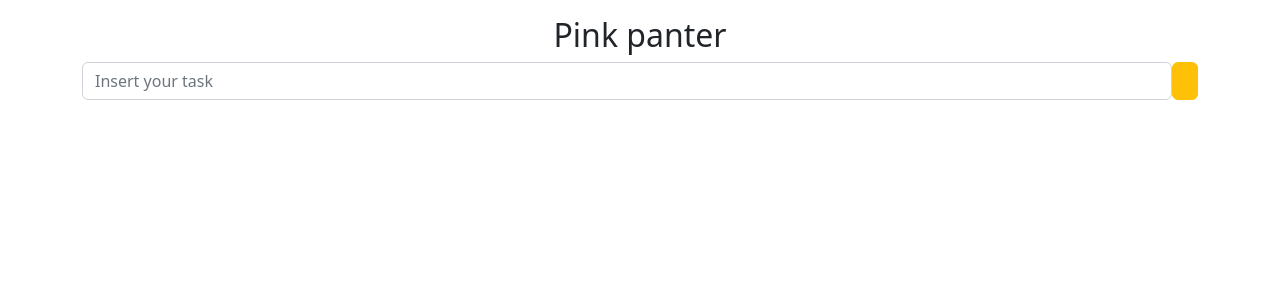
Repository: Wladomax/todo-vue
Page: /
An editor plug-in stored every save of this project. The page is shown before and after the next save, followed by the edit.
The browser window is 1280 px wide. The pictures show the whole page.
The project was rebuilt for these pictures with package versions that can differ from the ones it lists, and the page was loaded fresh each time. Also part of the build but not shown: vue.config.js.

Above is the page before, as saved 2023-01-01 11:34:12.

After the next save:
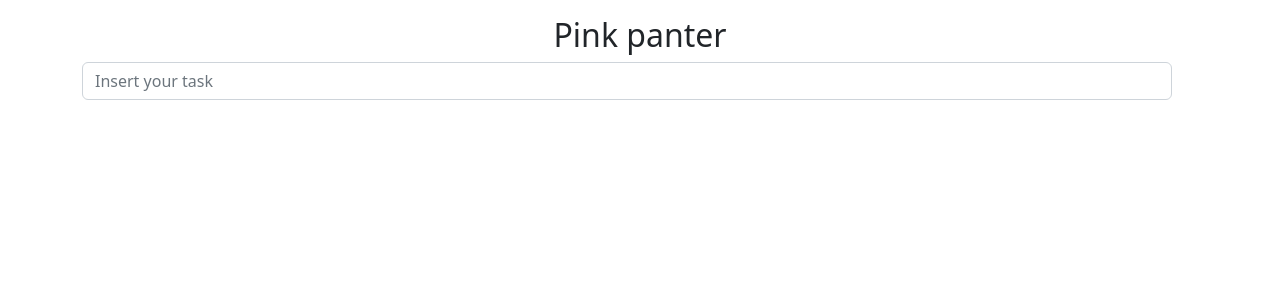
Saved 16 s later.
--- a/src/components/ToDo.vue
+++ b/src/components/ToDo.vue
@@ -3,7 +3,7 @@
     <h2 class="text-center mt-3">Pink panter</h2>
     <div class="d-flex">
       <input type="text" placeholder="Insert your task" class="form-control" />
-      <button class="btn btn-warning"></button>
+      <button class="btn"></button>
     </div>
   </div>
 </template>

After the save that followed:
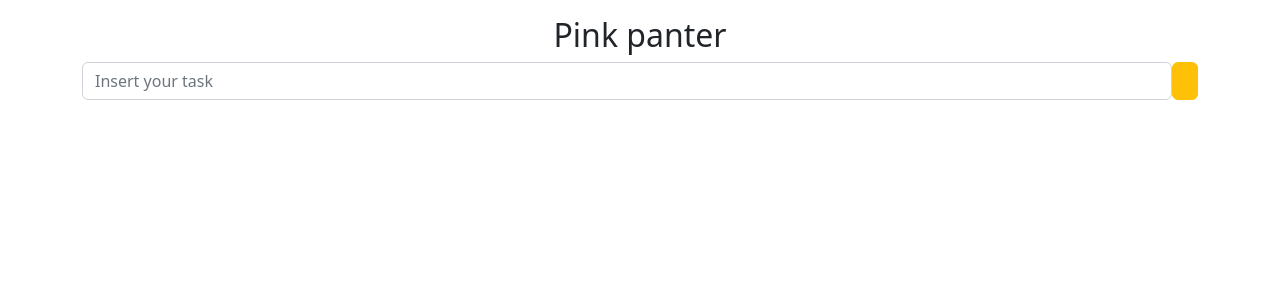
Saved 12 s later.
--- a/src/components/ToDo.vue
+++ b/src/components/ToDo.vue
@@ -3,7 +3,7 @@
     <h2 class="text-center mt-3">Pink panter</h2>
     <div class="d-flex">
       <input type="text" placeholder="Insert your task" class="form-control" />
-      <button class="btn"></button>
+      <button class="btn btn-warning"></button>
     </div>
   </div>
 </template>
